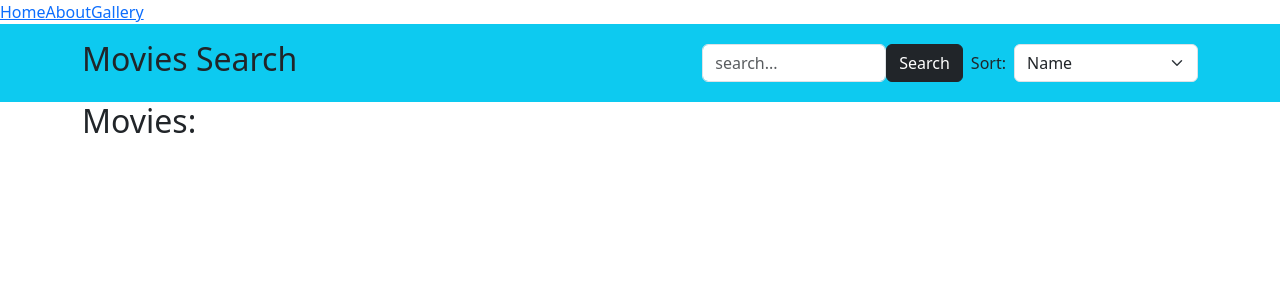
Repository: saargold/reactTest
Page: /
An editor plug-in stored every save of this project. The page is shown before and after the next save, followed by the edit.
The browser window is 1280 px wide. The pictures show the whole page.
The page's requests for data from a server got no answer. The project was rebuilt for these pictures with package versions that can differ from the ones it lists, and the page was loaded fresh each time. A package was used in the major version that the imports need, not the one package.json lists. No one was signed in, and anything a server would have sent is missing. Also part of the build but not shown: src/App.css, src/api/Apicomp.js.

Above is the page before, as saved 2022-09-07 14:00:54.

### src/App.js
import logo from './logo.svg';
import './App.css';
import Apicomp from './api/Apicomp';
import AppMovies from './components/AppMovies';
import {BrowserRouter as Router ,Switch,Route,Link} from 'react-router-dom'
function App() {
  return (
    <Router>
    <div className="App">
    <header>
      <Link to='/'>Home</Link>
      <Link to='/about'>About</Link>
      <Link to='/gallery'>Gallery</Link>

    </header>
    {/* <Apicomp/> */}
    <AppMovies/>
    </div>
    </Router>
  );
}

export default App;

### src/components/AppMovies.js
import React, { useEffect,useState } from 'react'
import { MoviesInput } from '../input/MoviesInput'
import { MovieList } from './MovieList'
import axios from 'axios';
import {sortBy} from 'lodash'
function AppMovies() {
    let [ar,setAr] = useState([]);
    let [search,setSearch]=useState("white");
    let [sortSelect,setSortSelect]=useState("Title");

    useEffect(()=>{
    doSearchApi()
    },[search])

    const sortMovies = (_sort) =>{
      let temp_ar = sortBy(ar,_sort);
      setAr(temp_ar);
      setSortSelect(_sort);
    }
    const doSearchApi = async()=>{
        let url= `https://www.omdbapi.com/?s=${search}&apikey=dba4daf7`;
        // let response = await fetch(url);
        // let data = await response.json();
        let response = await axios.get(url);
        console.log(response.data);
        let temp_ar=sortBy(response.data.Search,sortSelect)
        setAr(temp_ar);
    }
  return (
    <div>
      <MoviesInput setSearch={setSearch} sortMovies={sortMovies} />
      <MovieList movies_ar={ar}/>
    </div>
  )
}

export default AppMovies

### src/input/MoviesInput.js
import React, { useRef } from 'react'

export const MoviesInput = (props) => {
    let inputRef = useRef();
    let sortRef=useRef();
  return (
    <div className='container-fluid bg-info p-3'>
    <div className='container'>
    <div className="row">
        <div className='col-lg-4'>
            <h2>Movies Search</h2>
        </div>
        <div className='col-lg-8 d-flex align-items-center justify-content-end'>
            <input ref={inputRef} placeholder='search...' type="search" className='form-control w-25'/>
            <button onClick={() =>{
                props.setSearch(inputRef.current.value);
            }} className='btn btn-dark'>Search</button>
            <div className='mx-2'>Sort:</div>
            <select onChange={() =>{
                props.sortMovies(sortRef.current.value)
            }} ref={sortRef} className='form-select w-25'>
                <option value="Title" >Name</option>
                <option  value="Year">Year</option>
            </select>
        </div>
    </div>

    </div>


    </div>
  )
}

### src/components/MovieList.js
import React from 'react'

export const MovieList = (props) => {
  return (
    <div className='container'>
    <h2>Movies:</h2>
     <div className='row'>
    {props.movies_ar.map(item =>{
        return(
            <div className='col-lg-6 p-3' key={item.imdbID}>
            <div className='p-2 shadow overflow-hidden '>
                <img src={item.Poster} className="float-start me-2" height="140"  />
                <h2>{item.Title}</h2>
                <div>Year : {item.Year}</div>

            </div>
            </div>
        )
    })}

        </div>
    </div>
  )
}

Loaded but not shown: public/index.html (common file); src/index.js (common file); src/index.css (common file); src/reportWebVitals.js (common file)

After the next save:
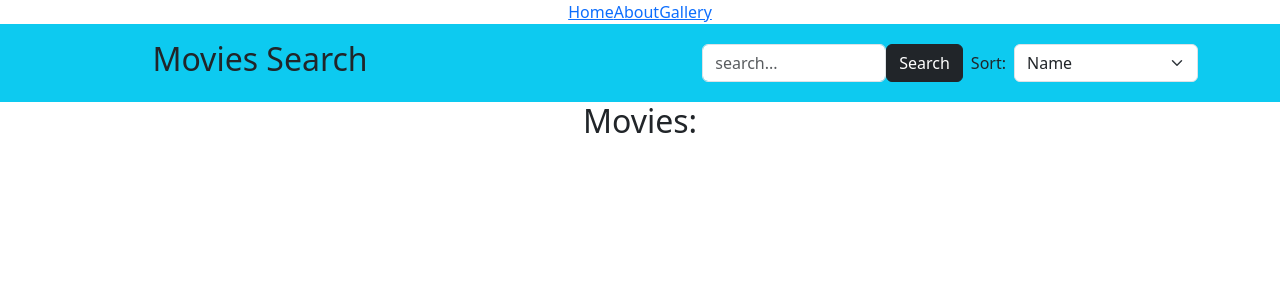
Saved 34 s later.
--- a/src/App.js
+++ b/src/App.js
@@ -6,7 +6,7 @@ import {BrowserRouter as Router ,Switch,Route,Link} from 'react-router-dom'
 function App() {
   return (
     <Router>
-    <div className="App">
+    <div className="App text-center">
     <header>
       <Link to='/'>Home</Link>
       <Link to='/about'>About</Link>
